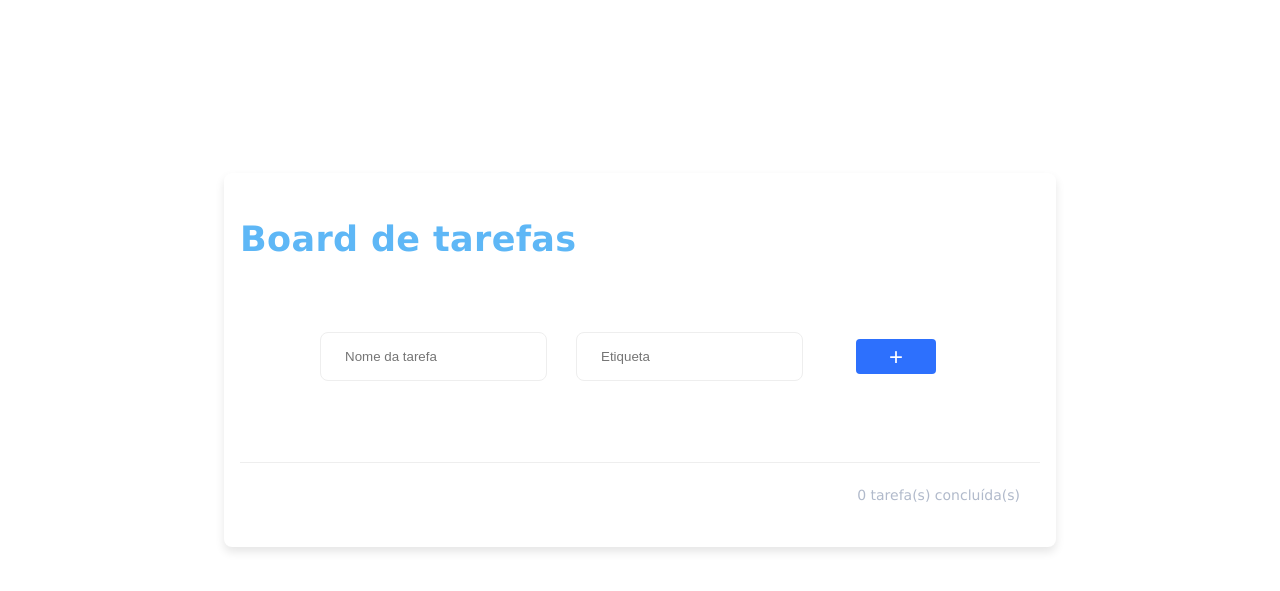
Repository: elasoares/RID187500_Desafio3
Page: index.html
The author's editor kept a copy of each file at every save. The page is drawn from the files as they stood at one save, then again after the next save.
The browser window is 1280 px wide. The pictures show the whole page.

Above is the page before, as saved 2024-12-03 19:43:46.

### index.html
<!DOCTYPE html>
<html lang="pt">
<head>
    <meta charset="UTF-8">
    <meta name="viewport" content="width=device-width, initial-scale=1.0">
    <title>To-Do</title>
    <link rel="stylesheet" href="style.css">
<body>
    <main>
        <header>
            <h1>Board de tarefas</h1>
        </header>
        <section id="create-todo-section">
            <form id="create-todo-form">
                <input
                type="text"
                id="descricao"
                name="descricao"
                placeholder="Nome da tarefa"
                aria-label="Nome da tarefa"
                class="input-nome-tarefa"
            />
            <input
                type="text"
                id="etiqueta"
                name="etiqueta"
                placeholder="Etiqueta"
                aria-label="Etiqueta"
                class="input-etiqueta"
            />
            <div class="container-btn">
                <button type="submit" aria-label="Cadastrar tarefa" class="add-tarefa-btn">+</button>
            </div>
            </form>
        </section>
        <section class="todo-list-section">
            <ul id="todo-list">
            </ul>
        </section>
        <footer id="todo-footer">

        </footer>
    </main>
    <script src="js.js"></script>
</body>
</html>

### style.css
html {
    width: 100%;
    height: auto;

    box-sizing: border-box;
    font-size: 10px;
    font-family: 'Lucida Sans Regular', 'Lucida Grande', 'Lucida Sans Unicode';
}

body {
    width: 100%;
    height: 100vh;
    margin: 0;
    padding: 0;
    display: flex;
    justify-content: center;
    align-items: center;
}

header{
    width: 100%;
}

    h1 {
    font-family: 'Lucida Sans Regular', 'Lucida Grande', 'Lucida Sans Unicode';
    font-size: 32px;
    font-weight: 600;
    line-height: 37.92px;
    letter-spacing: 0.01em;
    text-align: left;
    text-underline-position: from-font;
    text-decoration-skip-ink: none;
    color: #000;
}

main {
    width: 100%;
    height: auto;
    max-width: 42rem;
    background-color: #fff;
    border-radius: 0.8rem;
    padding: 3rem 2.4rem;
    box-shadow: 0 0.5rem 1rem rgba(0, 0, 0, 0.1);
    display: flex;
    justify-content: flex-start;
    align-items: center;
    flex-direction: column;

}


.todo-list-section {
    display: flex;
    flex-direction: column;
    align-items: center;
    justify-content: center;
    width: 100%;
    height: auto;
    gap: 8px;
}

.todo-list-section ul {
    padding-inline-start: 0;
    height: 20rem;
    overflow: auto;
    width: 100%;
    display: flex;
    flex-direction: column;
    align-items: center;
    justify-content: center;
    height: auto;
    gap: 8px;
}

.todo-list-section ul li {
    width: 80%;
    height: 120px;
    padding: 24px 32px 24px 32px;
    margin-top: 5px;
    border-radius: 16px;
    border: 1px solid #EEEEEE;
    list-style: none;
    display: flex;
    flex-direction: column;
    align-items: flex-start;
    justify-content: center;
    gap: 16px;
}

.todo-list-section ul li:last-child {
    margin-bottom: 0;
}



.complete-task-btn {
    background: #2D70FD;
    width: 121px;
    height:44px;
    padding: 12px 24px 12px 24px;
    gap: 8px;
    border-radius: 4px;
    border: 1px solid #2D70FD;
    color: #fff;
    font-family: 'Lucida Sans Regular', 'Lucida Grande', 'Lucida Sans Unicode';
    font-size: 18px;
    font-weight: 500;
    text-align: center;
    align-self: center;
}




#create-todo-section {
    width: 100%;
    height: 150px;
    display: flex;
    flex-direction: column;
    align-items: flex-start;
    justify-content: center;
}

#create-todo-form {
    font-size: 1.6rem;
    display: flex;
    flex-direction: column;
    width: 100%;
    gap: 16px;
}
input{
    width: Fill (311px)px;
    height: Fixed (50px)px;
    padding: 16px 24px 16px 24px;
    gap: 10px;
    border-radius: 8px;
    border: 1px solid #EEEEEE
}

input:focus {
    border: 1px solid #5eb7f6;
}



.container-btn{
    display: flex;
    align-items: center;
    justify-content: center;
    width: 100%;
}

.add-tarefa-btn {
    width: 100%;
    height: 4rem;
    color: #fff;
    background-color: #2D70FD;
    border-radius: 4px;
    font-size: 2.4rem;
    cursor: pointer;
    border: none;
}

.add-tarefa-btn:hover {
    opacity: 0.8;
}


.task-details{
    display: flex;
    align-items: flex-start;
    justify-content: center;
    flex-direction: column;
    gap: 5px;
}

.task-text{
    font-family: 'Lucida Sans Regular', 'Lucida Grande', 'Lucida Sans Unicode';
    font-size: 1.5rem;
    font-weight: 500;
    line-height: 17.6px;
    letter-spacing: 0.01em;
    text-underline-position: from-font;
    text-decoration-skip-ink: none;

}

.todo-item.completed .task-text {
    text-decoration: line-through;
    color: #bbbbbb;
    font-family: 'Lucida Sans Regular', 'Lucida Grande', 'Lucida Sans Unicode';
    font-size: 1.5rem;
    font-weight: 500;
    line-height: 17.6px;
    letter-spacing: 0.01em;
    text-decoration-line: line-through;
    text-underline-position: from-font;
    text-decoration-skip-ink: none;

}

.todo-item.completed .task-completed-icon {
    font-size: 1.6rem;
    color: #fff;
    align-self: center;
    width: 32px;
    height: 32px;
    border-radius: 32px;
    background: #00D8A7;
    display: flex;
    align-items: center;
    justify-content: center;
}

.task-label {
    width: 67px;
    height: 21px;
    border-radius: 16px;
    border: 1px 0px 0px 0px;
    background: #FFFFFF;
    font-size: 1.2rem;
    border: 1px solid #b2bec3;
    display: flex;
    align-items: center;
    justify-content: center;
    color: #b2bec3;
}

.task-date {
    font-size: 1.2rem;
    color: #b2bec3;
    margin-top: 0.4rem;
}


#todo-footer {
    width: 95%;
    display: flex;
    justify-content: flex-end;
    font-size: 1.6rem;
    align-items: flex-end;
    height: 20px;
    font-size: 1.4rem;
    color: #B1BACB;
    border-top:1px solid #EEEEEE;
    margin-top: 10px;
    padding: 20px;
}

@media (min-width: 768px) {
    main {
        max-width: 50rem;
        padding: 2.4rem 1.6rem;
    }
    #create-todo-section{
        align-items: center;
    }
    #create-todo-form{
        flex-direction: row;
        align-items: center;
        justify-content: space-between;
        width: 80%;
    }
    .container-btn{
        display: flex;
        align-items: center;
        justify-content: center;
        width: 20%;
    }
    .todo-list-section ul li {
        font-size: 1.5rem;
    }

    .add-tarefa-btn {
        width: 8rem;
        height: 3.5rem;
    }

    #nome-tarefa {
        font-size: 1.5rem;
    }
    .remove-done-task-btn {
        font-size: 1.5rem;
        padding: 0 1rem;
    }
}

@media (min-width: 980px) {
    main {
        max-width: 80rem;
        padding: 2.4rem 1.6rem;
    }
    h1 {
        font-size: 3.5rem;
        color: #5eb7f6;
    }

    .remove-done-task-btn {
        font-size: 1.8rem;
        padding: 0 1rem;
    }
}

### js.js
const createTaskListItem = (tarefa) => {
    const lista = document.getElementById("todo-list");

    const toDo = document.createElement('li');
    toDo.className = `todo-item ${tarefa.checado ? 'completed' : ''}`;
    toDo.id = tarefa.id;

    // Criar o conteúdo da tarefa
    const taskDetails = document.createElement('span');
    taskDetails.className = 'task-details';
    taskDetails.innerHTML = `
        <span class="task-text ${tarefa.checado ? 'completed-text' : ''}">${tarefa.descricao}</span>
        <span class="task-label">${tarefa.etiqueta}</span>
        <span class="task-date">Criado em: ${tarefa.data}</span>

    `;


    if (!tarefa.checado) {
        const completeButton = document.createElement('button');
        completeButton.textContent = 'Concluir';
        completeButton.className = 'complete-task-btn';
        completeButton.onclick = () => markTaskAsCompleted(tarefa.id);

        toDo.appendChild(taskDetails);
        toDo.appendChild(completeButton);
    } else {
        const completedIcon = document.createElement('span');
        completedIcon.textContent = '✔';
        completedIcon.className = 'task-completed-icon';

        toDo.appendChild(taskDetails);
        toDo.appendChild(completedIcon);
    }

    lista.appendChild(toDo);
};

const markTaskAsCompleted = (taskId) => {
    const tarefas = getTasksFromLocalStorage();
    const updatedTasks = tarefas.map((task) => {
        if (task.id === taskId) {
            task.checado = true;
        }
        return task;
    });

    setTaskInLocalStorage(updatedTasks);


    const taskElement = document.getElementById(taskId);
    if (taskElement) {
        taskElement.remove();
    }
    const tarefa = updatedTasks.find((task) => task.id === taskId);
    createTaskListItem(tarefa);

    renderTaskProgressData(updatedTasks);
};

const getTasksFromLocalStorage = () => {
    const localTasks = JSON.parse(window.localStorage.getItem('tasks'));
    return localTasks ? localTasks : [];
};

const setTaskInLocalStorage = (tarefas) => {
    window.localStorage.setItem('tasks', JSON.stringify(tarefas));
};

const renderTaskProgressData = (tasks) => {
    const tasksProgress = document.getElementById('tasks-progress') || document.createElement('span');
    tasksProgress.id = 'tasks-progress';

    const doneTasks = tasks.filter(({ checado }) => checado).length;
    const totalTasks = tasks.length;

    tasksProgress.textContent = `${doneTasks} tarefa(s) concluída(s)`;
    document.getElementById('todo-footer').appendChild(tasksProgress);
};

const createTask = (event) => {
    event.preventDefault();

    const descricao = event.target.elements.descricao.value;
    const etiqueta = event.target.elements.etiqueta.value;
    const id = new Date().getTime();
    const data = new Date().toLocaleDateString();
    const checado = false;

    const newTask = { id, descricao, etiqueta, data, checado };

    const tarefas = getTasksFromLocalStorage();
    const updatedTasks = [...tarefas, newTask];
    setTaskInLocalStorage(updatedTasks);

    createTaskListItem(newTask);
    event.target.reset(); // Limpar o formulário
    renderTaskProgressData(updatedTasks);
};

window.onload = () => {
    const form = document.getElementById('create-todo-form');
    form.addEventListener('submit', createTask);

    const tarefas = getTasksFromLocalStorage();
    tarefas.forEach((tarefa) => createTaskListItem(tarefa));
    renderTaskProgressData(tarefas);
};

After the next save:
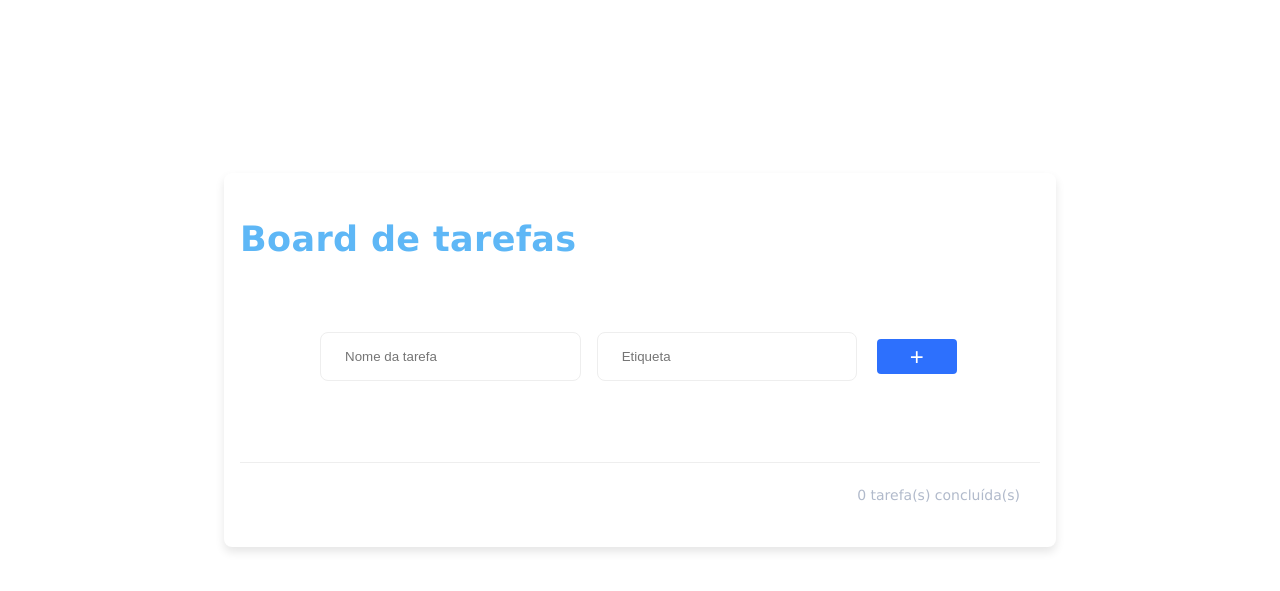
Saved 19 s later.
--- a/style.css
+++ b/style.css
@@ -267,6 +267,17 @@ input:focus {
         justify-content: center;
         width: 20%;
     }
+
+    input{
+        width: 311px;
+        height: Fixed (50px)px;
+        padding: 16px 24px 16px 24px;
+        gap: 10px;
+        border-radius: 8px;
+        border: 1px solid #EEEEEE
+    }
+
+
     .todo-list-section ul li {
         font-size: 1.5rem;
     }
